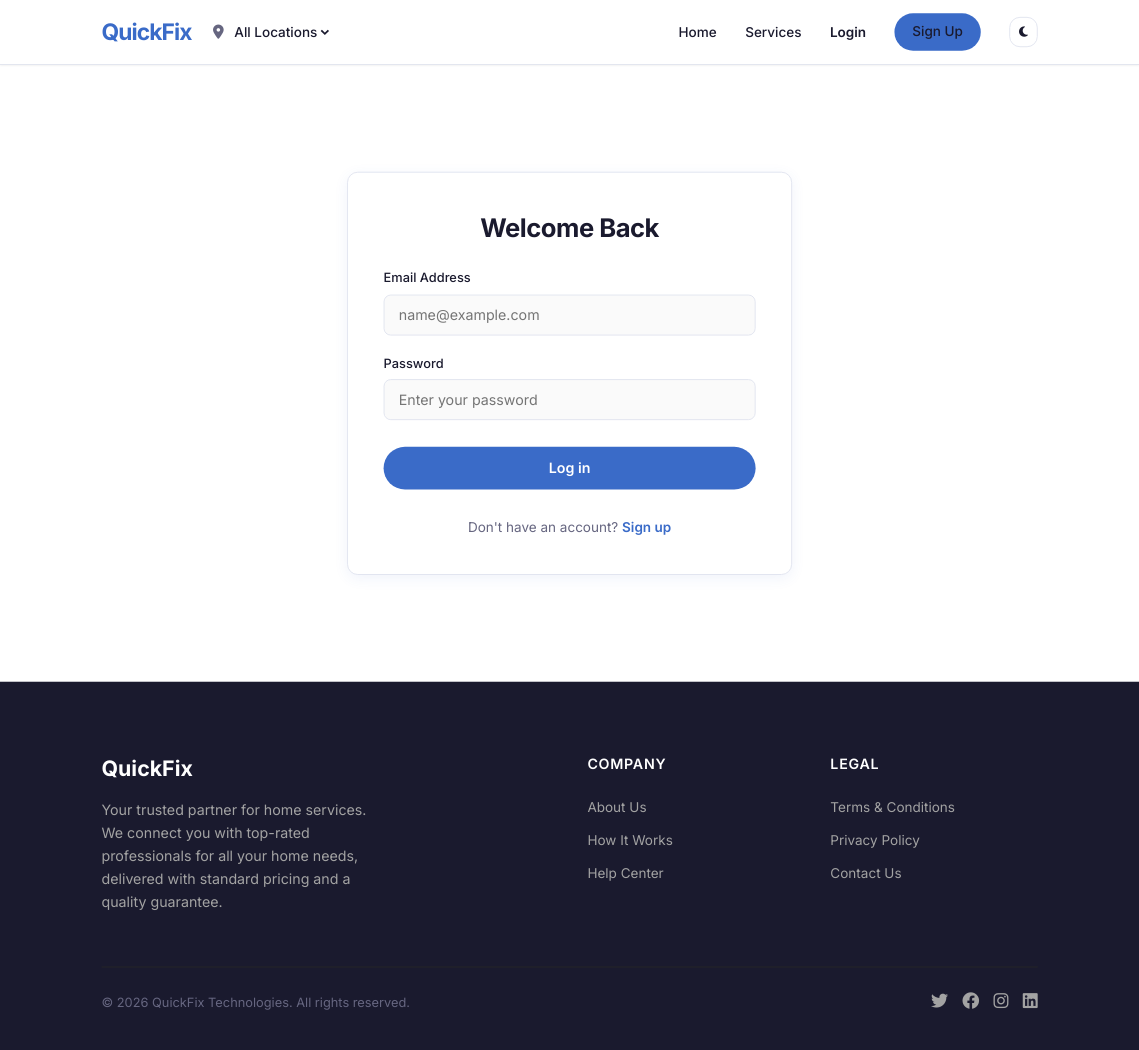
Repository: samodkum/quickfix
Page: http://localhost/login.php
The author's editor kept a copy of each file at every save. The page is drawn from the files as they stood at one save, then again after a run of saves.
The browser window is 1280 px wide. The pictures show the whole page, at 89% of full size.
Some web fonts or font styles are not loaded; a fallback is used. The page is run by PHP 8.4 with error messages shown; the project is at /var/www/html/.

Above is the page before, as saved 2026-03-07 02:37:22.

After the next 2 saves:
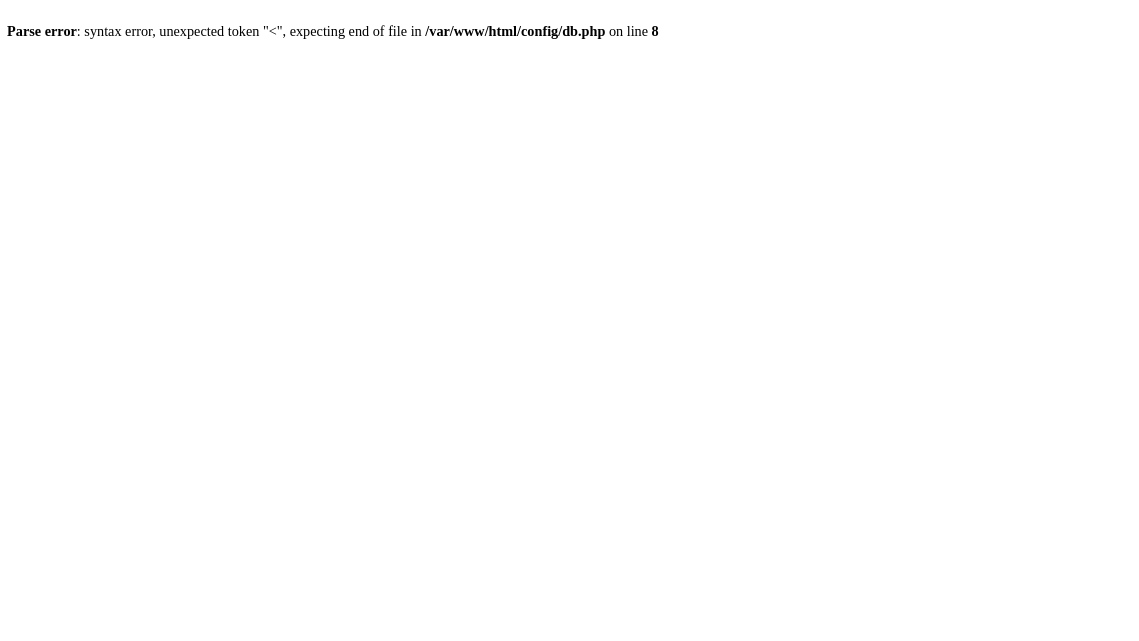
The 2 saves are shown as one change because they came seconds apart.
The last was saved 25 s later.
--- a/config/db.php
+++ b/config/db.php
@@ -1,3 +1,10 @@
+<?php
+$pdo = new PDO(
+"mysql:host=localhost;dbname=quickfix_db",
+"root",
+""
+);
+$pdo->setAttribute(PDO::ATTR_ERRMODE,PDO::ERRMODE_EXCEPTION);
 <!-- <?php
 // Start a session if one hasn't already been started
 // Sessions are crucial because they let us remember who is logged in across different pages

After the save that followed:
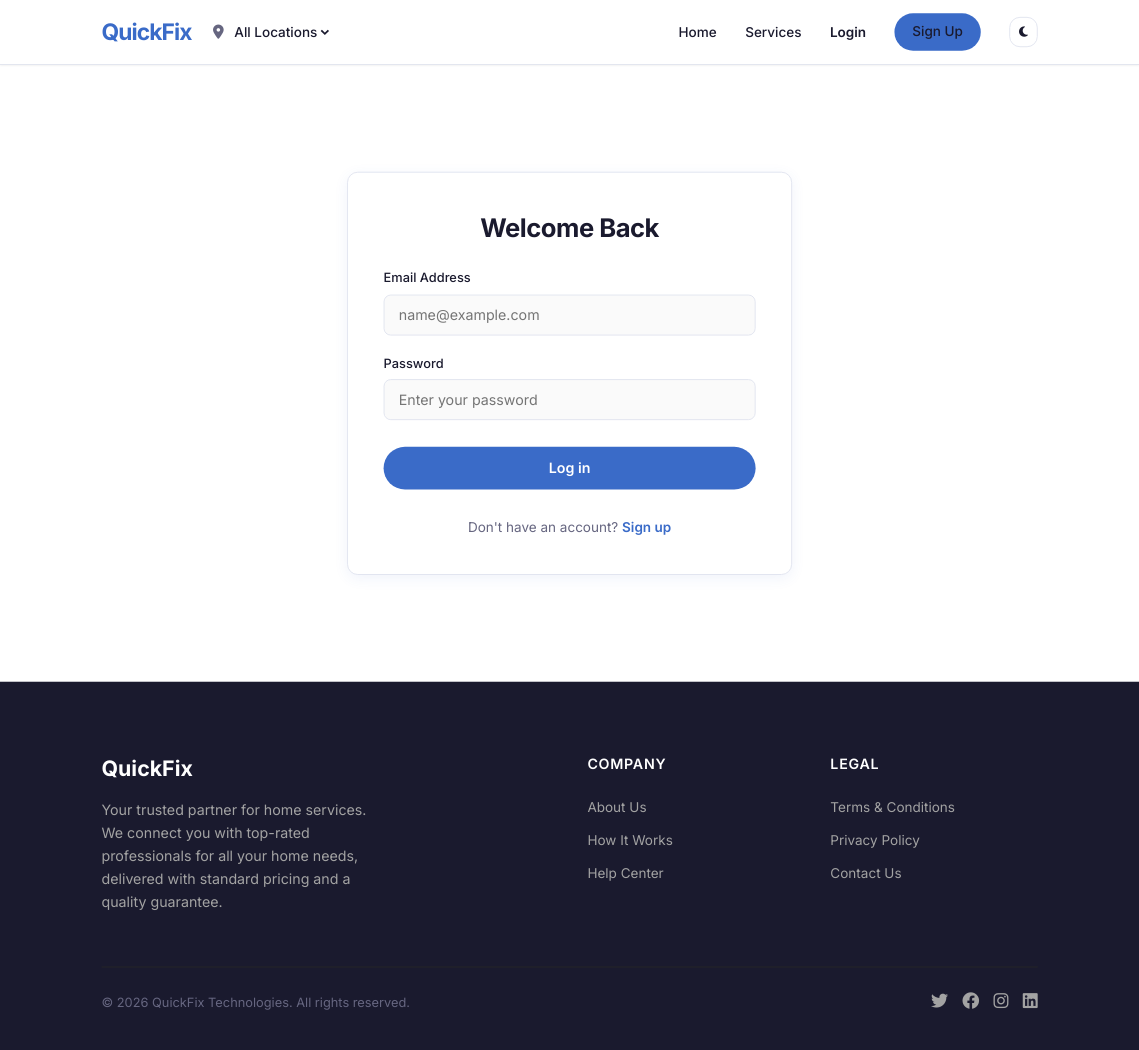
Saved 11 s later.
--- a/config/db.php
+++ b/config/db.php
@@ -1,10 +1,4 @@
-<?php
-$pdo = new PDO(
-"mysql:host=localhost;dbname=quickfix_db",
-"root",
-""
-);
-$pdo->setAttribute(PDO::ATTR_ERRMODE,PDO::ERRMODE_EXCEPTION);
+
 <!-- <?php
 // Start a session if one hasn't already been started
 // Sessions are crucial because they let us remember who is logged in across different pages
